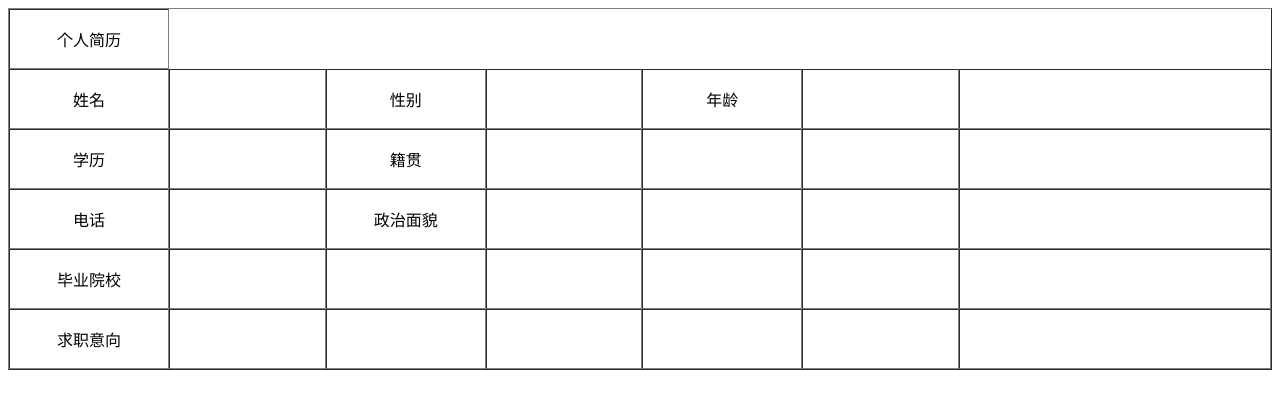
Repository: fixbb/workspace
Page: 007个人简历制作/index.html
These files come from the project's save history. The page is drawn as it stood at one moment and after the next save; the edit follows.
The browser window is 1280 px wide. The pictures show the whole page.

Above is the page before, as saved 2021-08-23 16:23:14.

### 007个人简历制作/index.html
<!DOCTYPE html>
<html lang="en">

<head>
    <meta charset="UTF-8">
    <meta http-equiv="X-UA-Compatible" content="IE=edge">
    <meta name="viewport" content="width=device-width, initial-scale=1.0">
    <title></title>
</head>

<body>
    <table border="1px" cellspacing="0">
        <col width="200px">
        <col width="200px">
        <col width="200px">
        <col width="200px">
        <col width="200px">
        <col width="200px">
        <col width="400px">
        <tr align="center" height="60px">
            <td>个人简历</td>
        </tr>
        <tr align="center" height="60px">
            <td>姓名</td>
            <td></td>
            <td>性别</td>
            <td></td>
            <td>年龄</td>
            <td></td>
            <td></td>
        </tr>
        <tr align="center" height="60px">
            <td>学历</td>
            <td></td>
            <td>籍贯</td>
            <td></td>
            <td></td>
            <td></td>
            <td></td>
        </tr>
        <tr align="center" height="60px">
            <td>电话</td>
            <td></td>
            <td>政治面貌</td>
            <td></td>
            <td></td>
            <td></td>
            <td></td>
        </tr>
        <tr align="center" height="60px">
            <td>毕业院校</td>
            <td></td>
            <td></td>
            <td></td>
            <td></td>
            <td></td>
            <td></td>
        </tr>
        <tr align="center" height="60px">
            <td>求职意向</td>
            <td></td>
            <td></td>
            <td></td>
            <td></td>
            <td></td>
            <td></td>
        </tr>
    </table>
</body>

</html>

After the next save:
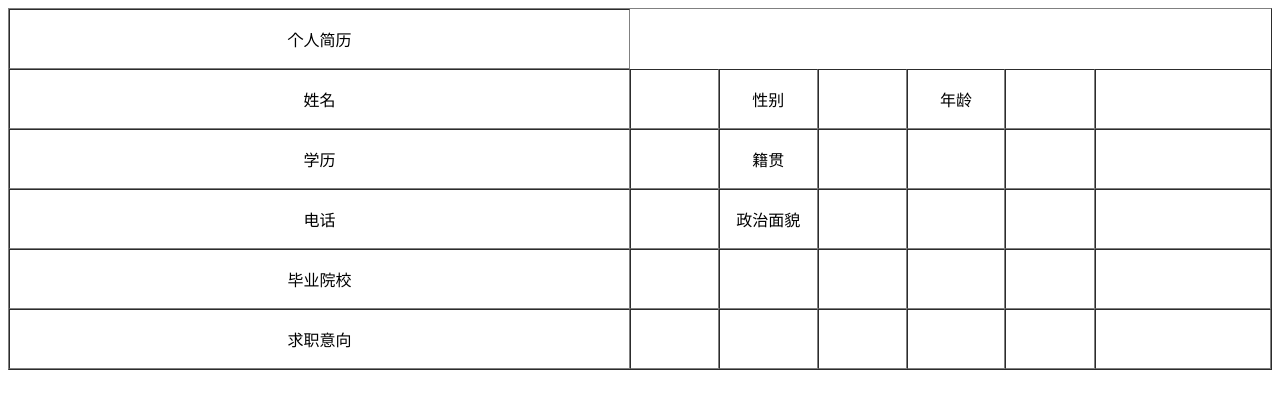
Saved 19 s later.
--- a/007个人简历制作/index.html
+++ b/007个人简历制作/index.html
@@ -10,7 +10,7 @@
 
 <body>
     <table border="1px" cellspacing="0">
-        <col width="200px">
+        <col width="1400px">
         <col width="200px">
         <col width="200px">
         <col width="200px">

After the save that followed:
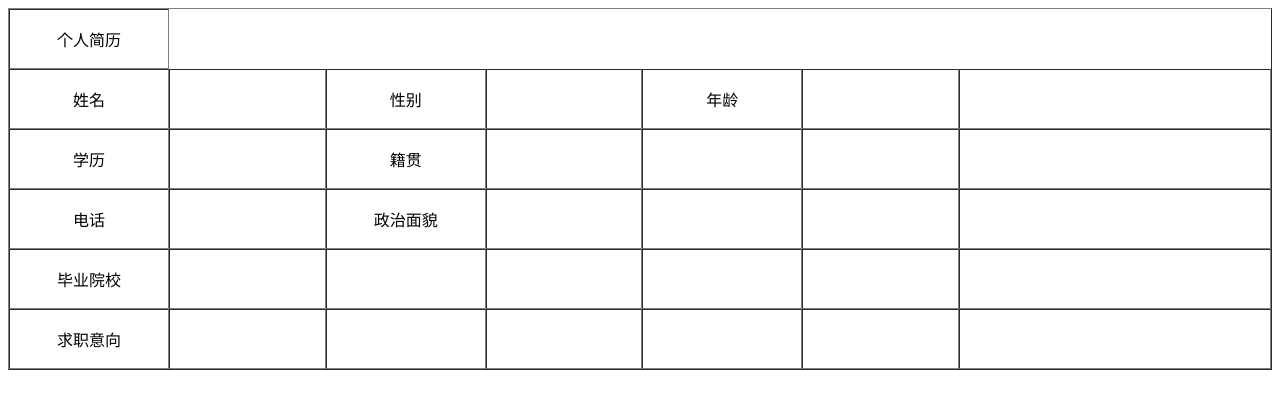
Saved 9 s later.
--- a/007个人简历制作/index.html
+++ b/007个人简历制作/index.html
@@ -10,7 +10,7 @@
 
 <body>
     <table border="1px" cellspacing="0">
-        <col width="1400px">
+        <col width="200px">
         <col width="200px">
         <col width="200px">
         <col width="200px">
